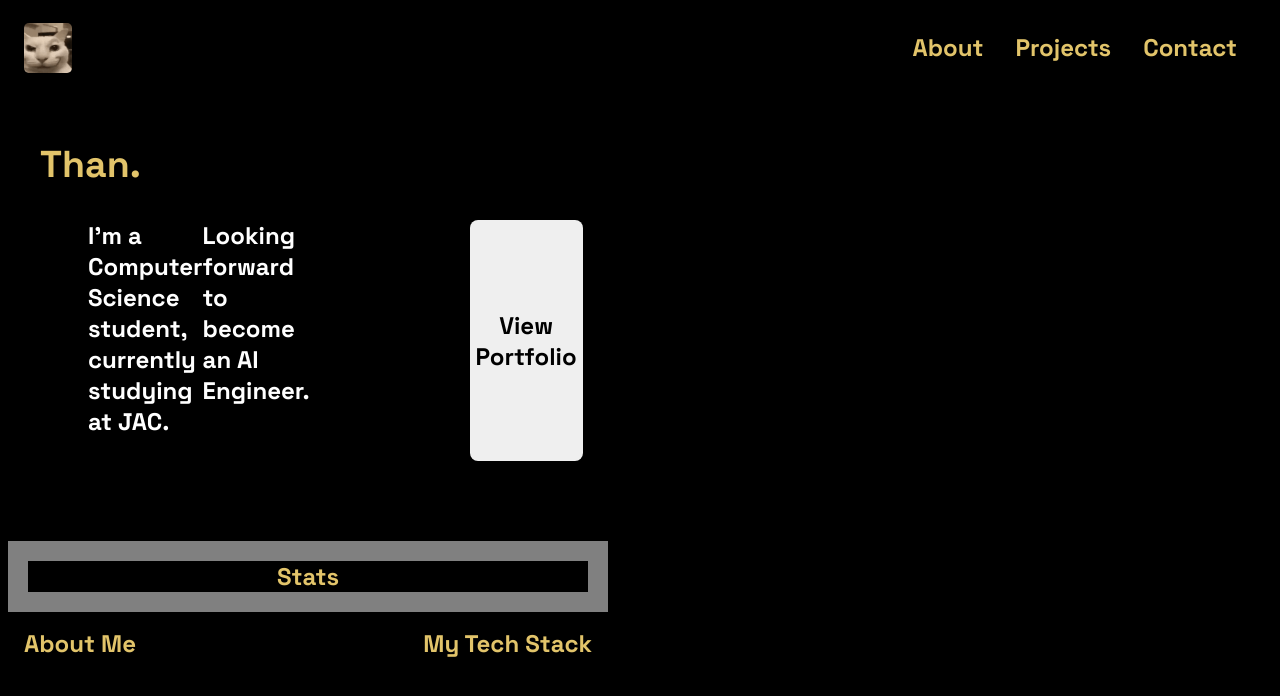
Repository: Than-dot/Than-dot
Page: index.html
The author's editor kept a copy of each file at every save. The page is drawn from the files as they stood at one save, then again after the next save.
The browser window is 1280 px wide. The pictures show the whole page.

Above is the page before, as saved 2026-05-06 12:32:48.

After the next save:
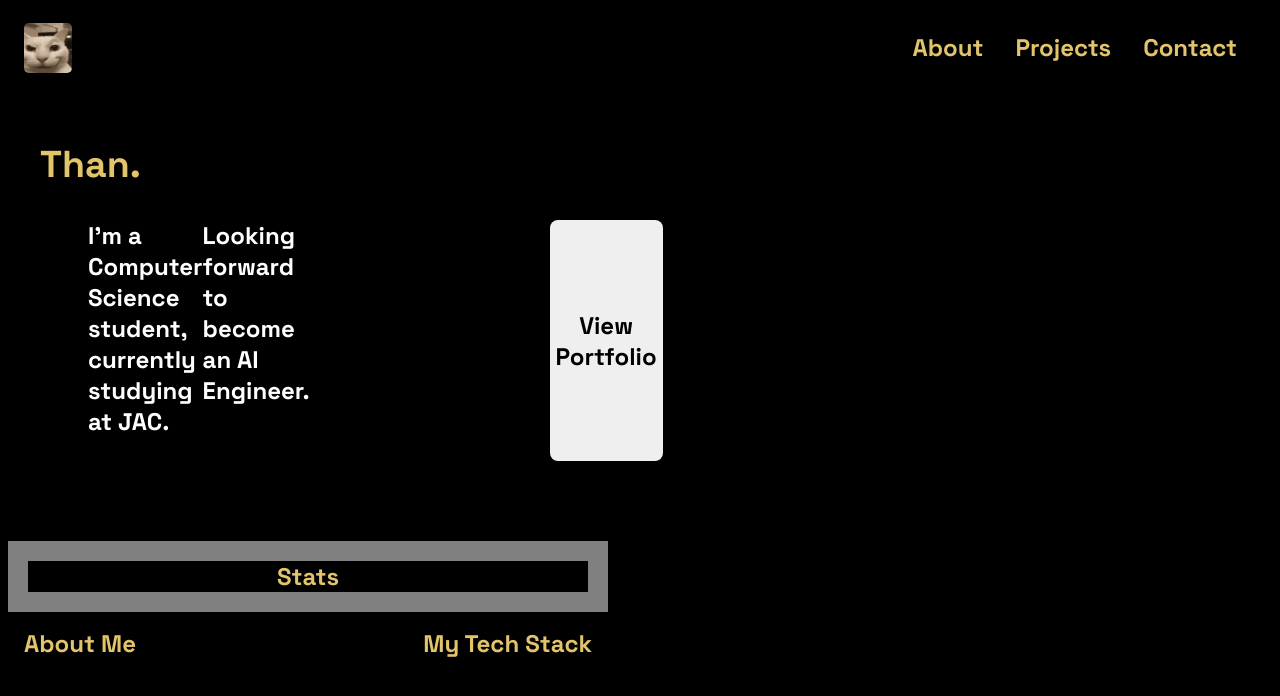
Saved 4 s later.
--- a/styles/index.css
+++ b/styles/index.css
@@ -48,7 +48,7 @@ button {
   border-radius: 8px;
   border: none;
   max-width: 10rem;
-  margin-left: 10rem;
+  margin-left: 15rem;
   margin-right: 10rem;
 }
 
